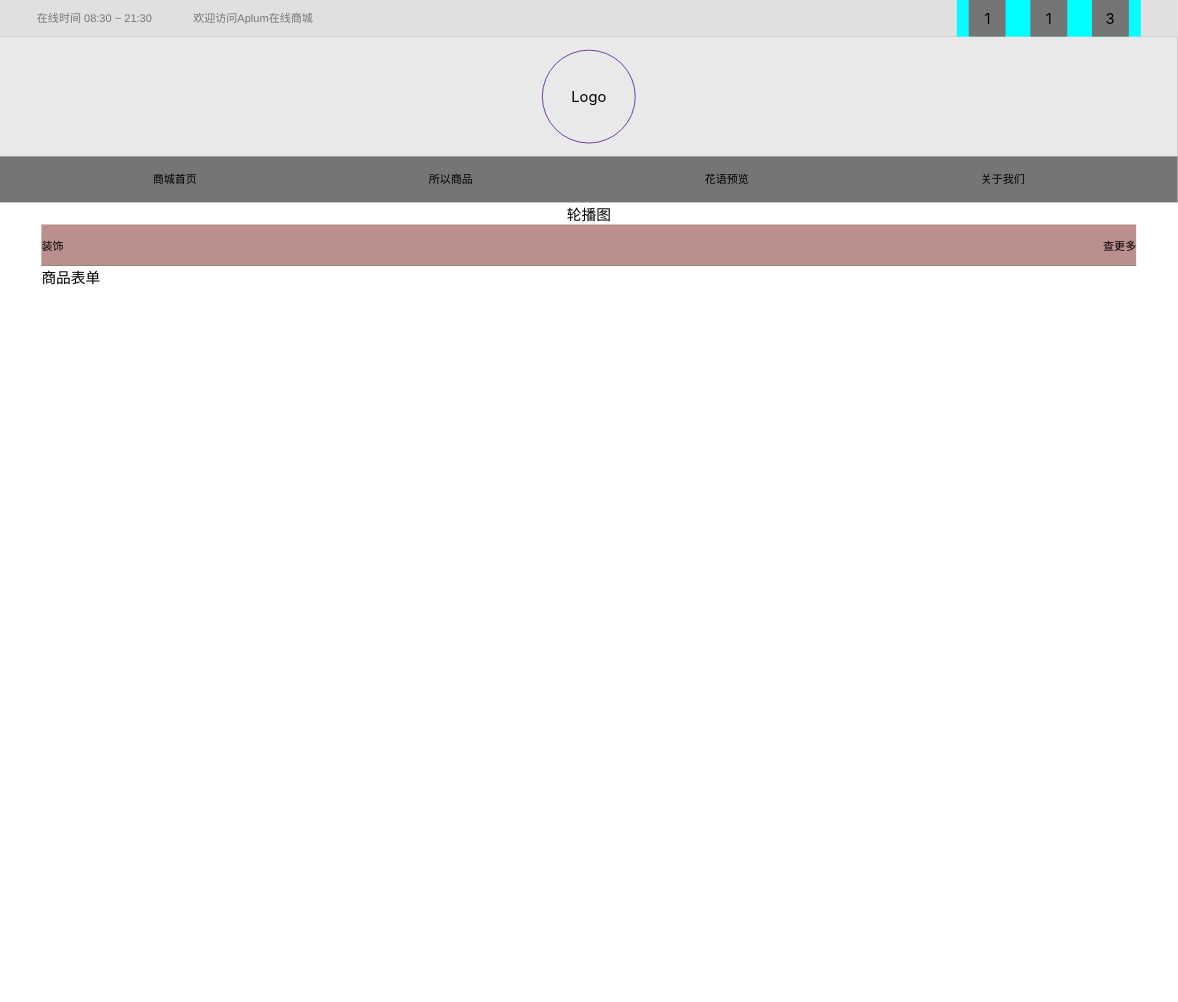
Repository: Alicehhhmm/aplum
Page: /
The author's editor kept a copy of each file at every save. The page is drawn from the files as they stood at one save, then again after a run of saves.
The browser window is 1280 px wide. The pictures show the whole page, at 92% of full size.
The project was rebuilt for these pictures with package versions that can differ from the ones it lists, and the page was loaded fresh each time. Also part of the build but not shown: src/components/footer/index.jsx, src/components/carousel/index.scss, src/App.css.

Above is the page before, as saved 2021-10-11 16:32:09.

### src/index.js
import React from 'react';
import ReactDOM from 'react-dom';
import './index.css';
import App from './App';
import reportWebVitals from './reportWebVitals';

ReactDOM.render(
  <React.StrictMode>
    <App />

  </React.StrictMode>,
  document.getElementById('root')
);


reportWebVitals();

### src/App.js


// import Footer from './views/footer/footer';//尾部
import Footer from './components/footer';
import Body from './components/body';
import Header from './components/header';
import './App.css';

function App() {
  return (
    <div>
      <Header/>
      <Body/>
      {/* <Footer/> */}
    </div>
  );
}

export default App;

### src/components/body/index.jsx
import React,{Component} from "react";
import CarouselComp from "../carousel";
import ProductList from '../productList'
import "./index.scss"

export default class Body extends Component{

  render(){
      return(
        <div className="mun">
          <CarouselComp/>
          <div className="mun_child"></div>
          <ProductList/>
        </div>
      );
  }
}

### src/components/header/index.jsx
import React, { Component } from "react";
import './index.scss'
export default class Header extends Component{
    render(){
        const tag = ['商城首页','所以商品','花语预览','关于我们']
        return(
            <div className="mn" >
                {/* 头部小导航栏 */}
                <view className="minTop">
                    <view className='minTopft'>
                        <view className='time'>在线时间 08:30 ~ 21:30</view>
                        <view className='time'>欢迎访问Aplum在线商城</view>
                    </view>
                    <view className='minToprt'>
                        <view className="icn">1</view>
                        <view className="icn">1</view>
                        <view className="icn">3</view>
                    </view>
                </view>
                {/* 头部大导航栏 */}
                <view className="maxTop">
                    <view className="maxToptp"><span className='logo'>Logo</span></view>
                    <view className="maxTopbt">
                        {tag.map(r=>(
                             <view className="tag">{r}</view>
                        ))}
                    </view>
                </view>
            </div>
        )
    }
}

### src/components/footer/index.scss
*{
    margin: 0;
    padding: 0;
    list-style-type:none;
}
.mu{
    width: auto;
    height: 500px;
    display: flex;
    flex-direction: column;
    justify-content: space-between;
    background-color: sandybrown;
}
.mut{
    width: auto;
    height: 144px;
    line-height: 144px;
    font-size: 32px;
    font-weight: 700;
    color: #ffffff;
    font-family:Helvetica,Arial,sans-serif ;
    display: flex;
    flex-direction: column;
    justify-content: center;
    align-items: center;
    flex-grow: 0;
    background-color: rgb(2, 26, 9);
}
.mub{
    width: auto;
    display: flex;
    flex-direction: column;
    justify-content: center;
    align-items: center;
    flex-grow: 1;
    background-color: skyblue;
}
.mutt{
    width: auto;
    margin: 0 320px;
    display: flex;
    flex-grow: 1;
    background-color: tan;
}
.ttbn{
    width: 222px;
    height: 356px;
    padding: 0 12px;
    display: flex;
    flex-direction: column;
    align-items: center;
    background-color: rgb(2, 26, 9);
}
.p{
    font-size: 16px;
    line-height: 16px;
    color: #ffffff;
    font-family:Helvetica,Arial,sans-serif ;
    margin-bottom: 14px;
}
.li{
    font-size: 12px;
    color: #f9f9f9;
}
.mubb{
    width: auto;
    display: flex;
    flex-direction: row;
    justify-content: space-between;
    flex-grow: 0;
    border-top:1px solid #ffffff;
}
.bbtn{
    width: 492px;
    height: 60px;
    display: flex;
    justify-content: center;
    align-items: center;
    background-color: rgb(2, 26, 9);
}
.copright{
    font-family:  Helvetica,"sans-serif-light",sans-serif;
    font-size: 12px;
    font-weight: 300;
    color: #f9f9f9;
}
.bbtnx{
    width: 492px;
    height: 60px;
    display: flex;
    justify-content: flex-end;
    align-items: center;
    background-color: rgb(2, 26, 9);
}
.icon{
    width: 20px;
    height: 40px;
    padding: 0 5px;
    background-color: #ffffff;
}

### src/components/carousel/index.jsx
import React,{Component} from "react";
// 插件引入
import "react-responsive-carousel/lib/styles/carousel.min.css"; // requires a loader
import { Carousel } from 'react-responsive-carousel';

import "./index.scss"

export default class CarouselComp extends Component{

  render(){
      return(
        // <Carousel showArrows={true} >
        //     <div>
        //         <img src="assets/1.jpeg" />
        //         <p className="legend">Legend 1</p>
        //     </div>
        //     <div>
        //         <img src="assets/2.jpeg" />
        //         <p className="legend">Legend 2</p>
        //     </div>
        //     <div>
        //         <img src="assets/3.jpeg" />
        //         <p className="legend">Legend 3</p>
        //     </div>
        //  </Carousel>

        <div className="">
          <div className="munchild_carousel">轮播图</div>
        </div>
      );
  }
}

### src/components/productList/index.jsx
import React,{Component} from "react";
import TopList from './topList'
import "./index.scss"

export default class ProductList extends Component{

  render(){
      return(
        <div className="">
            <TopList/>
            <div className="munchild_product_list">商品表单</div>
        </div>
      );
  }
}

### src/components/body/index.scss

.mun{
    display: flex;
    flex-direction: column;
    align-items: center;
}

.mun_child{
    display: flex;
    justify-content: center;
    align-items: center;
}

### src/components/header/index.scss
*{
    margin: 0;
    padding: 0;
}


// 主体
.mn{
    background-color: #e0e0e0;
}

// 头部小导航栏
.minTop{
    height: 40px;
    line-height: 40px;
    background-color: #e0e0e0;
    padding: 0 40px;
    display: flex;
    justify-content: space-between;
    .minTopft{
        // background-color: aqua;
        width: 300px;
        display: flex;
        justify-content: space-between;
        .time{
            font-size: 12px;
            color: #757575;
            font-family:Helvetica,微软雅黑,Arial,sans-serif;
        }
    }
    .minToprt{
        background-color: aqua;
        width: 200px;
        display: flex;
        justify-content: space-around;
        .icn{
            width: 40px;
            height: 40px;
            text-align: center;
            background-color: #757575;
        }
    }
}

// 头部大导航栏
.maxTop{
    background-color: #757575;
    display: flex;
    flex-direction:column;
    .maxToptp{
        background-color: #e9e9e9;
        height: 130px;
        display: flex;
        justify-content: center;
        align-items: center;
        .logo{
            width: 100px;
            height: 100px;
            border: 1px solid rebeccapurple;
            border-radius: 50%;
            display: flex;
            justify-content: center;
            align-items: center;
        }
    }
    .maxTopbt{
        height: 50px;
        line-height: 50px;
        padding: 0 40px;
        // background-color: brown;
        display: flex;
        justify-content: space-around;
        align-items: center;
        .tag{
            width: 140px;
            font-size: 12px;
            display: flex;
            justify-content: center;
        }
    }
}

### src/components/productList/topList/index.jsx
import React,{Component} from "react";
import "./index.scss"

export default class TopList extends Component{

    render(){
        return(
            <div className="mod">
                <view className="modft">装饰</view>
                <view className="modrt">查更多</view>
            </div>
        );
    }
  }

### src/components/productList/index.scss



.munchild_product_list{
    height: 800px;
}

### src/components/productList/topList/index.scss


.mod{
    background-color: rosybrown;
    width: 1190px;
    height: 44px;
    border-bottom:1px solid #908282;
    display: flex;
    justify-content: space-between;
    align-items: center;
    .modft{
        font-size: 12px;
    }
    .modrt{
        font-size: 12px;
    }
}

Loaded but not shown: public/index.html (common file); src/index.css (common file); src/reportWebVitals.js (common file)

After the next 3 saves:
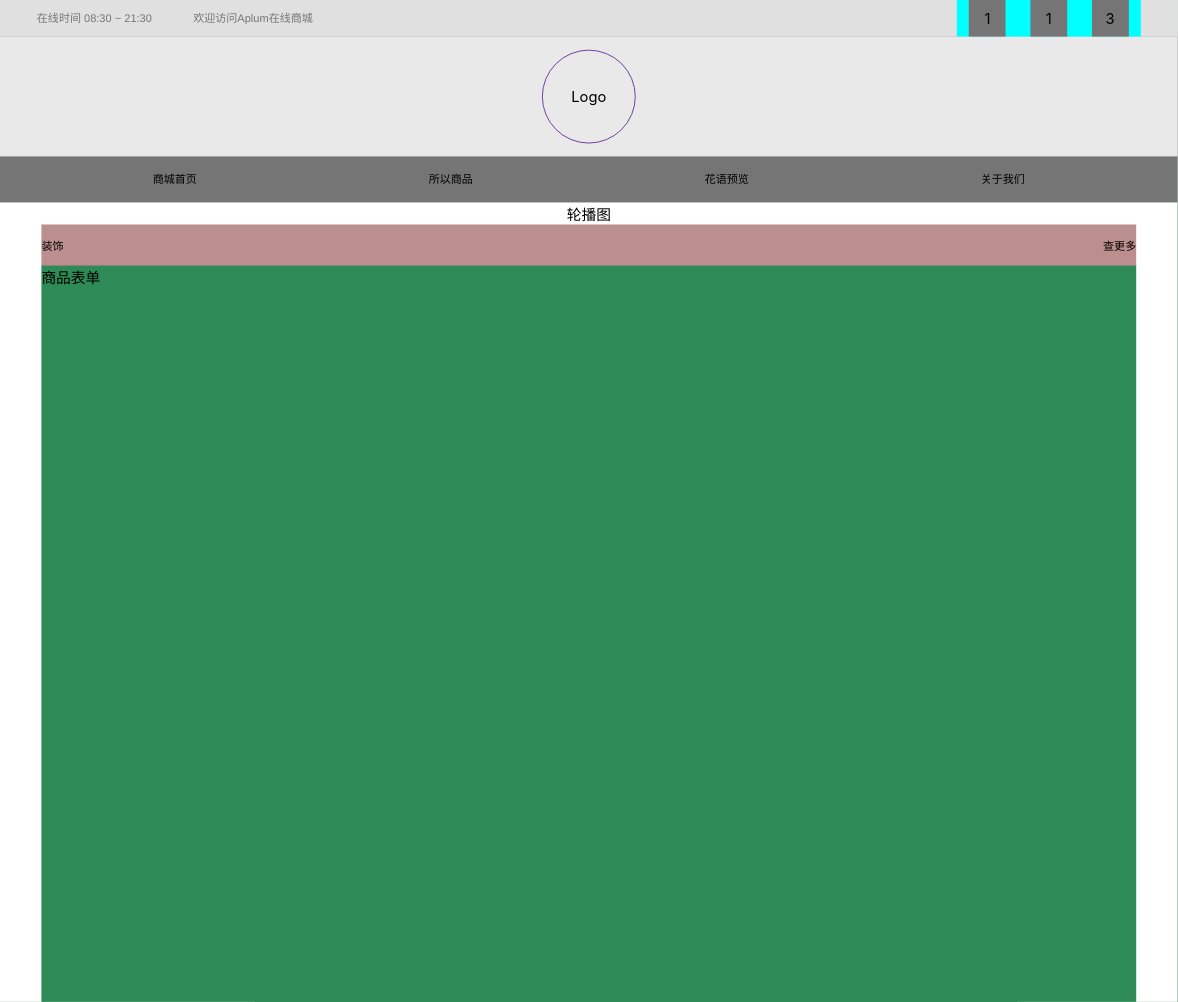
The 3 saves are shown as one change because they came seconds apart.
The last was saved 12 s later.
--- a/src/components/productList/index.scss
+++ b/src/components/productList/index.scss
@@ -2,5 +2,6 @@
 
 
 .munchild_product_list{
+    background-color: seagreen;
     height: 800px;
 }
